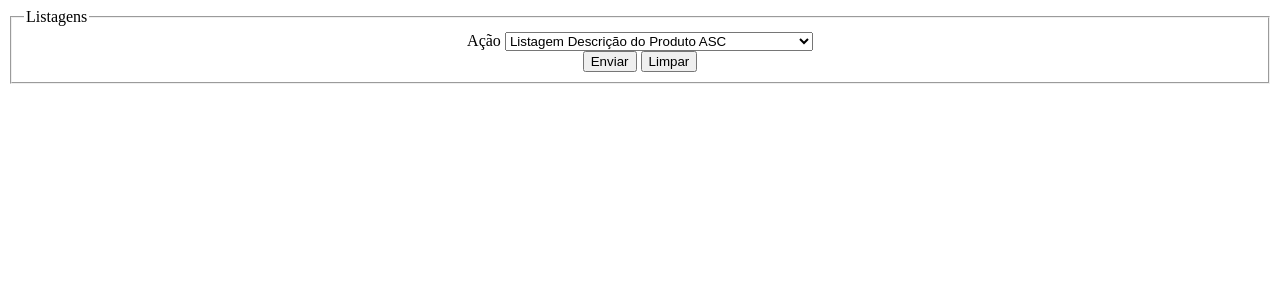
Repository: lperalta13/Formula1_Java
Page: http://localhost/formula1/relatorio.jsp
An editor plug-in stored every save of this project. The page is shown before and after the next save, followed by the edit.
The browser window is 1280 px wide. The pictures show the whole page.
The page is served by Tomcat 9.

Above is the page before, as saved 2019-12-11 23:18:59.

After the next save:
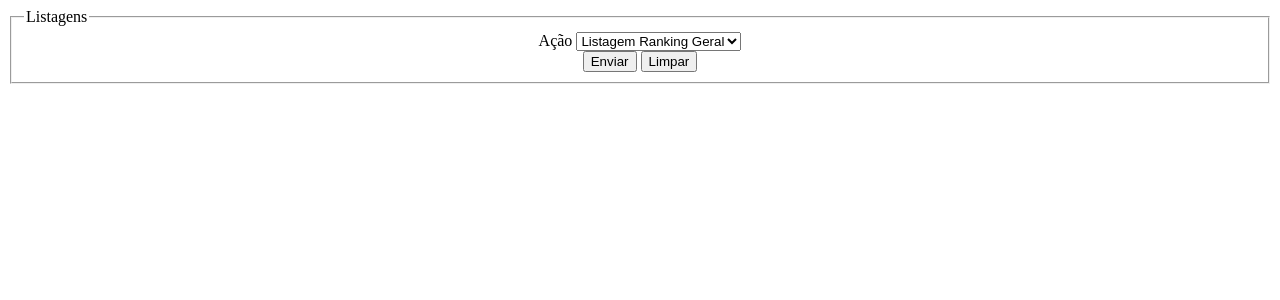
Saved 29 s later.
--- a/formula1/WebContent/relatorio.jsp
+++ b/formula1/WebContent/relatorio.jsp
@@ -1,7 +1,7 @@
 <%@page import="org.apache.jasper.tagplugins.jstl.core.ForEach"%>
 <%@ page language="java" contentType="text/html; charset=ISO-8859-1"
 	pageEncoding="ISO-8859-1"%>
-<%@ page import="java.util.List,br.com.empresa.model.Categoria" %>
+<%@ page import="java.util.List,br.com.empresa.model.Pontuacao" %>
 <%@ taglib uri="http://java.sun.com/jsp/jstl/core" prefix="c"%>
 <%@ taglib uri="http://java.sun.com/jsp/jstl/fmt" prefix="fmt"%>
 
@@ -16,11 +16,11 @@
 			<fieldset>
 				<legend>Listagens</legend>
 				<label>Ação</label> <select name="acao" required>
-					<option selected value="list1">Listagem Descrição do Produto ASC</option>
-					<option value="list2">Listagem Descrição do Produto DESC</option>
-					<option value="list3">Listagem Quantidade do Produto ASC</option>
-					<option value="list4">Listagem Quantidade do Produto DESC</option>
-					<option value="list5">Listagem de Produto Maior e Menor Quantidade</option>
+					<option selected value="list1">Listagem Ranking Geral</option>
+					<option value="list2">Listagem 1</option>
+					<option value="list3">Listagem 2</option>
+					<option value="list4">Listagem 3</option>
+					<option value="list5">Listagem 4</option>
 				</select><br /> <input type="submit" value="Enviar"> <input
 					type="reset" value="Limpar"> <br />
 			</fieldset>
